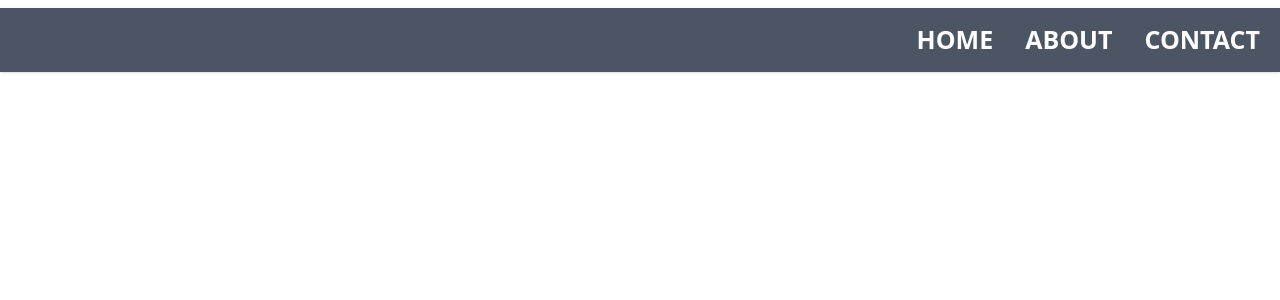
Repository: singhaayush5/CollegeCompanion-Hackathon-IIIT-RANCHI-
Page: / (app in client/)
An editor plug-in stored every save of this project. The page is shown before and after a run of saves, followed by the edit.
The browser window is 1280 px wide. The pictures show the whole page.
The project was rebuilt for these pictures with package versions that can differ from the ones it lists, and the page was loaded fresh each time. Also part of the build but not shown: client/vite.config.js, client/src/App.css, client/src/Component/Card.jsx, client/src/Component/JobPortal/JobPortal.jsx, client/src/Component/GradeTracker/GradePortal.jsx.

Above is the page before, as saved 2023-04-15 23:18:23.

After the next 2 saves:
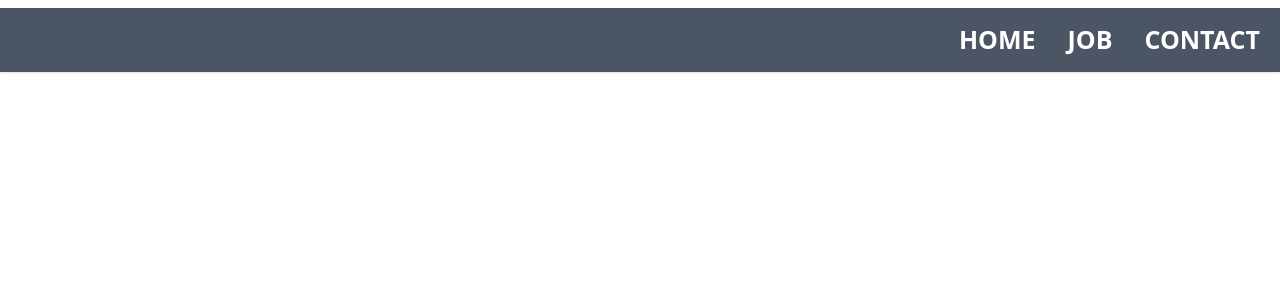
The 2 saves are shown as one change because they came seconds apart.
The last was saved 30 s later.
--- a/client/src/Component/Navbar.jsx
+++ b/client/src/Component/Navbar.jsx
@@ -30,7 +30,7 @@ function navbar() {
             }}
             className="text-xl hover:text-cyan-500 duration-500  font-extrabold text-white"
           >
-            ABOUT
+            JOB
           </a>
         </li>
         <li className="mx-4 my-6 md:my-0">
